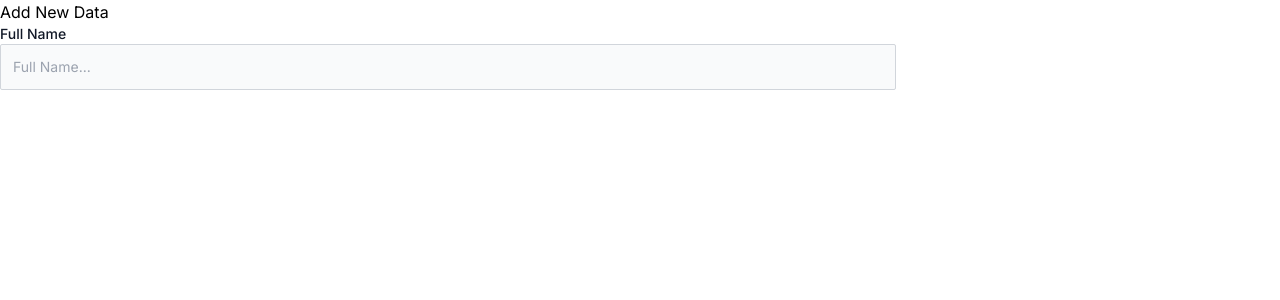
Repository: KilluaProject/crud-nextjs14
Page: /contacts/create
The author's editor kept a copy of each file at every save. The page is drawn from the files as they stood at one save, then again after the next save.
The browser window is 1280 px wide. The pictures show the whole page.
The project was rebuilt for these pictures with package versions that can differ from the ones it lists, and the page was loaded fresh each time. The framework's server and built-in components were replaced by stand-ins that run in the browser. Also part of the build but not shown: next.config.mjs.

Above is the page before, as saved 2024-06-30 14:06:56.

### app/layout.tsx
import type { Metadata } from "next";
import { Inter } from "next/font/google";
import "./globals.css";

const inter = Inter({ subsets: ["latin"] });

export const metadata: Metadata = {
  title: "CRUD Apps",
  description: "Generated by create next app",
};

export default function RootLayout({
  children,
}: Readonly<{
  children: React.ReactNode;
}>) {
  return (
    <html lang="en">
      <body className={inter.className}>{children}</body>
    </html>
  );
}

### app/contacts/create/page.tsx
import CreateForm from '@/components/CreateForm'
import React from 'react'

const CreateContact = () => {
  return (
    <div className=' max-w-4xl'>
      <h1>
        Add New Data
      </h1>
        <CreateForm/>
    </div>
  )
}

export default CreateContact

### components/CreateForm.tsx
import React from 'react'

const CreateForm = () => {
  return (
    <div>
      <form action="">
        <div>
          <label htmlFor="name" className='block text-sm font-medium text-gray-900'>Full Name</label>
          <input type="text" name='name' id='name' placeholder='Full Name...' className='bg-gray-50 border border-gray-300 text-gray-900 text-sm rounded-sm focus:ring-blue-500 focus:border-blue-500 block w-full p-3' />
        </div>
      </form>
    </div>
  )
}

export default CreateForm

Loaded but not shown: app/globals.css (common file); tailwind.config.ts (common file)

After the next save:
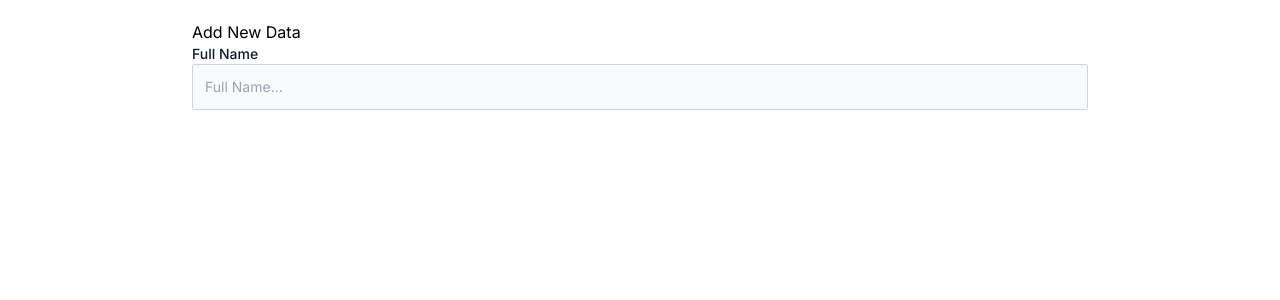
Saved 13 s later.
--- a/app/contacts/create/page.tsx
+++ b/app/contacts/create/page.tsx
@@ -3,7 +3,7 @@ import React from 'react'
 
 const CreateContact = () => {
   return (
-    <div className=' max-w-4xl'>
+    <div className=' max-w-4xl mx-auto mt-5'>
       <h1>
         Add New Data
       </h1>
